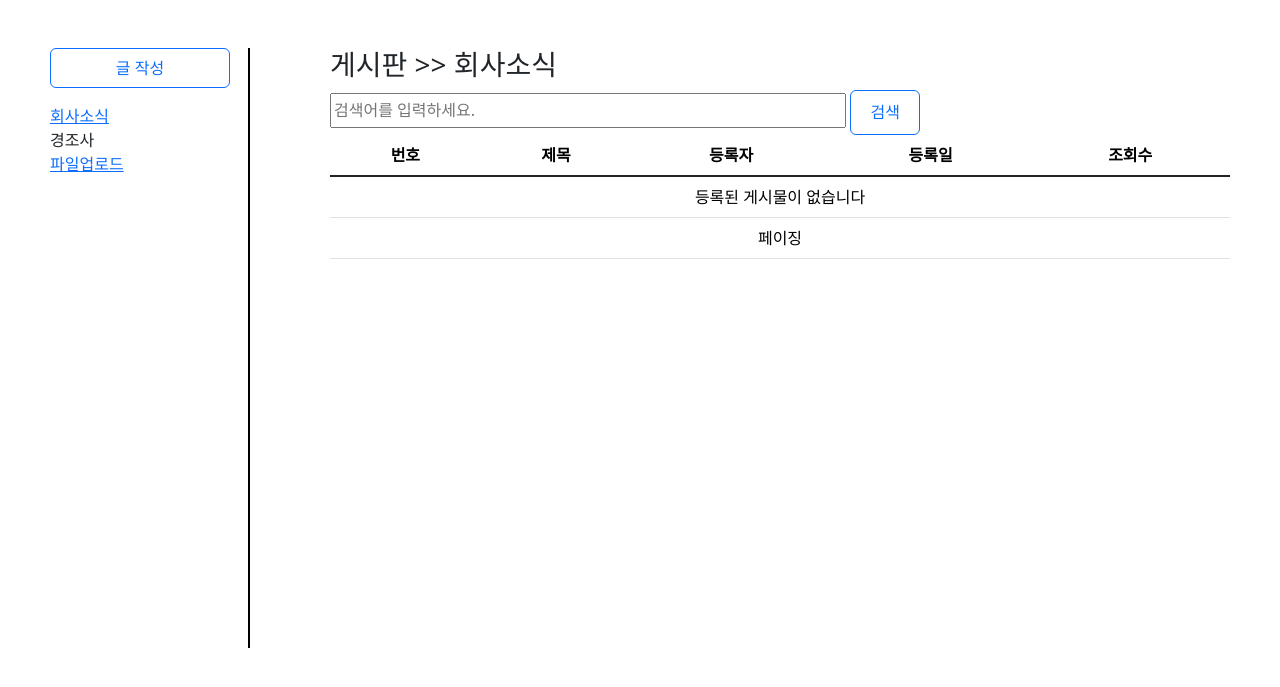
Repository: KimDongGyuu/final
Page: http://localhost/aceworks/WEB-INF/views/company_news/company_news_Search.jsp
The author's editor kept a copy of each file at every save. The page is drawn from the files as they stood at one save, then again after the next save.
The browser window is 1280 px wide. The pictures show the whole page.
The page is served by Tomcat 9. Nobody is signed in. Other server files are loaded and not shown. The template is opened directly, without the code that normally fills it, so the values that code supplies are empty.

Above is the page before, as saved 2024-03-17 04:25:49.

### aceworks/src/main/webapp/WEB-INF/views/company_news/company_news_Search.jsp
<%@ page language="java" contentType="text/html; charset=UTF-8"
    pageEncoding="UTF-8"%>
<%@ include file="/WEB-INF/views/include/style.jsp"%>
<%@ taglib uri="http://java.sun.com/jsp/jstl/core" prefix="c"%>
<!DOCTYPE html>
<html>
<head>
<meta charset="UTF-8">
<title>Insert title here</title>
<style>
#left {
	width: 200px;
	height: 600px;
	float: left;
	border-right: 2px solid black;
	margin-left: 50px;
}

#right {
	width: 900px;
	height: 600px;
	margin-left: 330px;
}

#bt {
	width: 180px;
	height: 40px;
}

#Sbt {
	width: 70px;
	height: 45px;
}

h3 {
	text-align: center;
}
</style>
</head>
<body>
	<div>
		<div id="left">
			<button id="bt" type="button" class="btn btn-outline-primary"
				onclick="location.href='company_news_Writeform.do';">글 작성</button>
<div class="mt-3"><a href="company_news_List.do">회사소식</a> <br> 경조사 <br><a href="fileUploadForm.do">파일업로드</a></div>
		</div>
		<div id="right">
		<div class="mt-5 mb-2"><span class="h3">게시판 &gt;&gt; 회사소식</span></div>
<div>
    <form action="company_newsSearch.do">
        <input type="text" id="searchKeyword" name="keyword" placeholder="검색어를 입력하세요." size="50" style="height: 35px;">
        <button id="Sbt" type="submit" class="btn btn-outline-primary">검색</button>
    </form>
</div>
			<table width="1000" cellspacing="0" class="table table-hover">
				<thead>
					<tr align="center">
						<th scope="col">번호</th>
						<th scope="col">제목</th>
						<th scope="col">등록자</th>
						<th scope="col">등록일</th>
						<th scope="col">조회수</th>
					</tr>
				</thead>

				<tbody class="table-group-divider">
					<c:if test="${empty lists }">
						<tr>
							<td colspan="5" align="center">등록된 게시물이 없습니다</td>
						</tr>
					</c:if>

					<c:forEach var="dto" items="${lists }">
						<tr class="text-center">
							<th scope="row">${dto.news_idx }</th>
							<c:url var="company_newsContentUrl"
								value="company_news_Content.do">
								<c:param name="news_idx">${dto.news_idx }</c:param>
							</c:url>
							<td><a href="${company_newsContentUrl }">${dto.news_title }</a></td>
							<td>${dto.news_writer }</td>
							<td>${dto.news_writedate }</td>
							<td>${dto.news_readnum }</td>
						</tr>
					</c:forEach>
				</tbody>

				<tfoot>
					<tr>
						<td colspan="5" align="center">페이징</td>
					</tr>
				</tfoot>
			</table>
		</div>
	</div>
</body>
</html>

### aceworks/src/main/webapp/WEB-INF/views/include/style.jsp
<%@ page language="java" contentType="text/html; charset=UTF-8"
    pageEncoding="UTF-8"%>
<!DOCTYPE html>
<html>
<head>
<meta charset="UTF-8">
<title>Insert title here</title>
<link
   href="https://cdn.jsdelivr.net/npm/bootstrap@5.3.3/dist/css/bootstrap.min.css"
   rel="stylesheet"
   integrity="sha384-QWTKZyjpPEjISv5WaRU9OFeRpok6YctnYmDr5pNlyT2bRjXh0JMhjY6hW+ALEwIH"
   crossorigin="anonymous">
<script
   src="https://cdn.jsdelivr.net/npm/bootstrap@5.3.3/dist/js/bootstrap.bundle.min.js"
   integrity="sha384-YvpcrYf0tY3lHB60NNkmXc5s9fDVZLESaAA55NDzOxhy9GkcIdslK1eN7N6jIeHz"
   crossorigin="anonymous"></script>
<script
   src="https://cdn.jsdelivr.net/npm/@popperjs/core@2.11.8/dist/umd/popper.min.js"
   integrity="sha384-I7E8VVD/ismYTF4hNIPjVp/Zjvgyol6VFvRkX/vR+Vc4jQkC+hVqc2pM8ODewa9r"
   crossorigin="anonymous"></script>
<script
   src="https://cdn.jsdelivr.net/npm/bootstrap@5.3.3/dist/js/bootstrap.min.js"
   integrity="sha384-0pUGZvbkm6XF6gxjEnlmuGrJXVbNuzT9qBBavbLwCsOGabYfZo0T0to5eqruptLy"
   crossorigin="anonymous"></script>
</head>
<body>

</body>
</html>

After the next save:
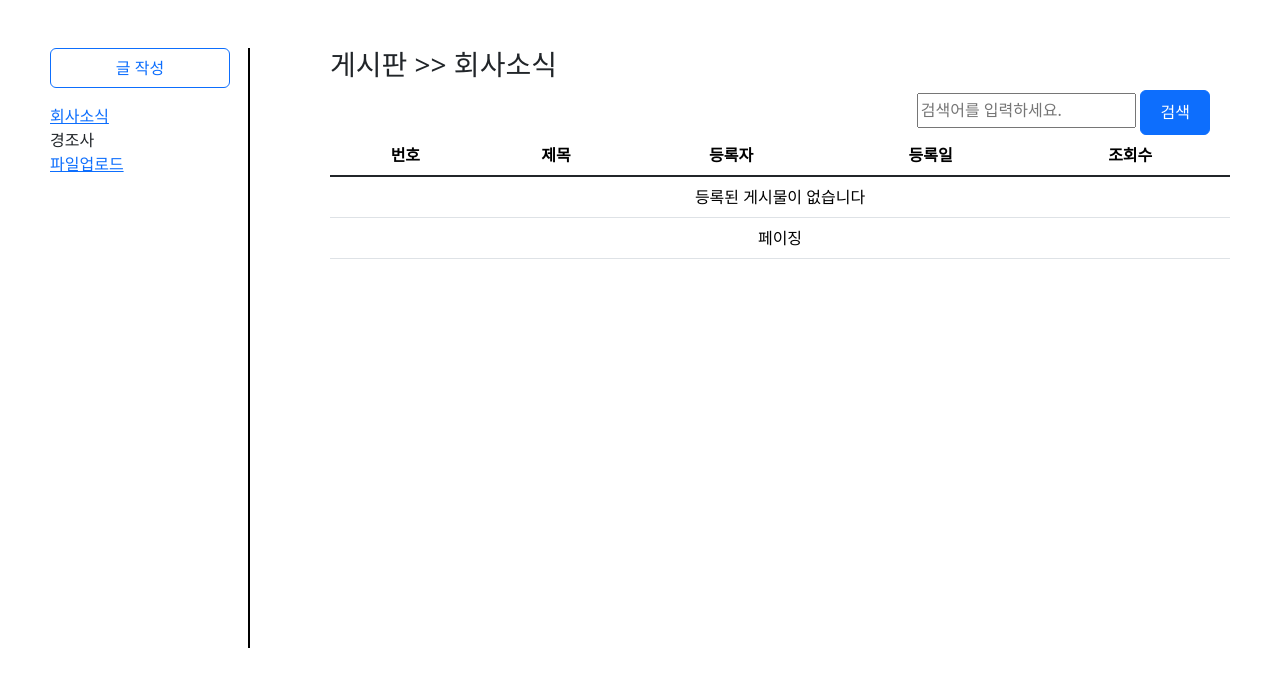
Saved 6 min 17 s later.
--- a/aceworks/src/main/webapp/WEB-INF/views/company_news/company_news_Search.jsp
+++ b/aceworks/src/main/webapp/WEB-INF/views/company_news/company_news_Search.jsp
@@ -46,10 +46,11 @@ h3 {
 		</div>
 		<div id="right">
 		<div class="mt-5 mb-2"><span class="h3">게시판 &gt;&gt; 회사소식</span></div>
-<div>
+
+<div class="mt-2 d-flex gap-2 justify-content-end">
     <form action="company_newsSearch.do">
-        <input type="text" id="searchKeyword" name="keyword" placeholder="검색어를 입력하세요." size="50" style="height: 35px;">
-        <button id="Sbt" type="submit" class="btn btn-outline-primary">검색</button>
+        <input type="text" id="searchKeyword" name="keyword" placeholder="검색어를 입력하세요." style="width:70%; height: 35px;">
+        <button id="Sbt" type="submit" class="btn btn btn-primary">검색</button>
     </form>
 </div>
 			<table width="1000" cellspacing="0" class="table table-hover">
